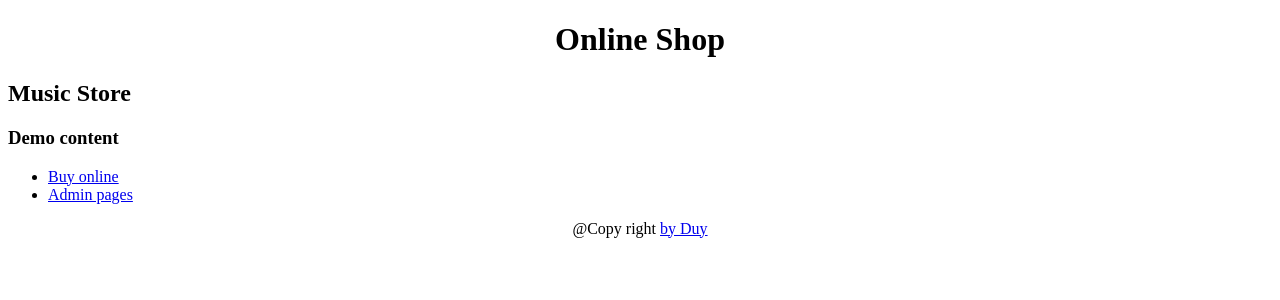
Repository: OnlyLight/Dua_Thu
Page: http://localhost/MusicStore/
The author's editor kept a copy of each file at every save. The page is drawn from the files as they stood at one save, then again after the next save.
The browser window is 1280 px wide. The pictures show the whole page.
The page is served by Tomcat 9. Other server files are loaded and not shown.

Above is the page before, as saved 2018-05-13 06:01:18.

### JavaWeb/MusicStore/src/main/webapp/WEB-INF/views/index.jsp
<%@ page language="java" contentType="text/html; charset=ISO-8859-1"
	pageEncoding="ISO-8859-1"%>
<!DOCTYPE html PUBLIC "-//W3C//DTD HTML 4.01 Transitional//EN" "http://www.w3.org/TR/html4/loose.dtd">
<html>
<head>
<meta http-equiv="Content-Type" content="text/html; charset=ISO-8859-1">
<title>Insert title here</title>
</head>
<body>

	<jsp:include page="_header.jsp"></jsp:include>
	<h2>Music Store</h2>

	<div>
		<h3>Demo content</h3>

		<ul>
			<li><a href="/MusicStore/product-list">Buy online</a></li>
			<li><a href="/MusicStore/admin">Admin pages</a></li>
		</ul>
	</div>

	<jsp:include page="_footer.jsp"></jsp:include>
</body>
</html>

### JavaWeb/MusicStore/src/main/webapp/WEB-INF/views/_header.jsp
<%@ page language="java" contentType="text/html; charset=UTF-8"
	pageEncoding="UTF-8"%>

<div style="text-align: center">
	<h1>Online Shop</h1>
</div>

### JavaWeb/MusicStore/src/main/webapp/WEB-INF/views/_footer.jsp
<%@ page language="java" contentType="text/html; charset=UTF-8"
	pageEncoding="UTF-8"%>
<div style="text-align: center">@Copy right <a href="#" target="_blank">by Duy</a>
</div>

After the next save:
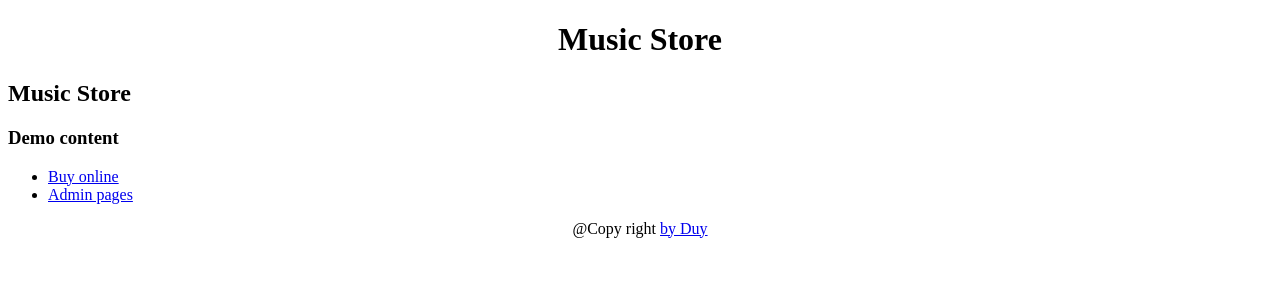
Saved 9 min 4 s later.
--- a/JavaWeb/MusicStore/src/main/webapp/WEB-INF/views/_header.jsp
+++ b/JavaWeb/MusicStore/src/main/webapp/WEB-INF/views/_header.jsp
@@ -2,5 +2,5 @@
 	pageEncoding="UTF-8"%>
 
 <div style="text-align: center">
-	<h1>Online Shop</h1>
+	<h1>Music Store</h1>
 </div>
